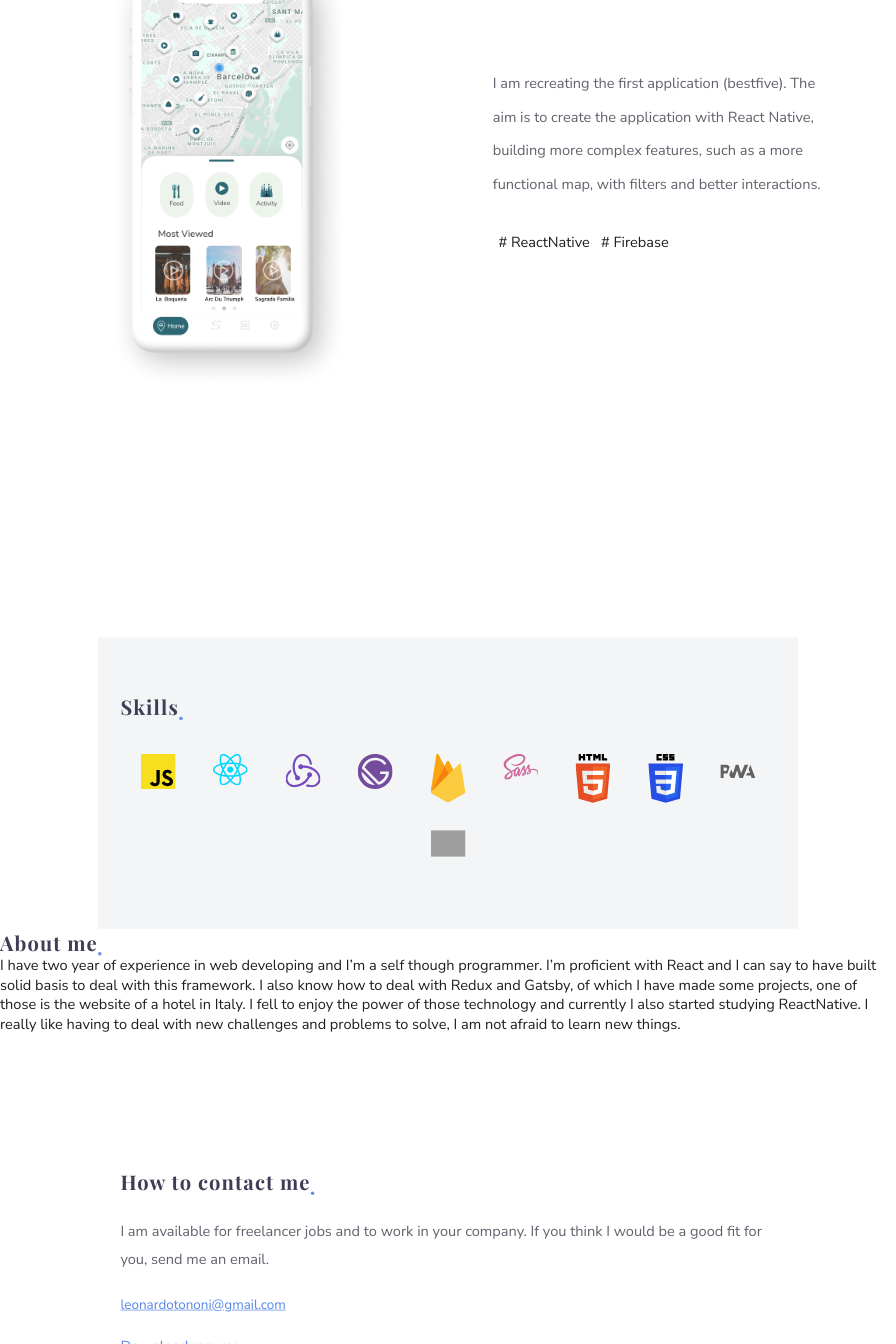
Repository: Easaaa/Portfolio-2020
Page: index.html
An editor plug-in stored every save of this project. The page is shown before and after the next save, followed by the edit.
The browser window is 1280 px wide. The pictures show the part of the page from y = 4580 to 6500 px (the page is 6810 px tall before and 6838 px after), at 70% of full size.
Pictures or frames that could not be fetched are drawn as grey boxes. The style sheet was rebuilt from its Sass, Less or Tailwind sources for each picture, by a compiler version that may differ from the author's.

Above is the page before, as saved 2020-02-28 16:24:44.

After the next save:
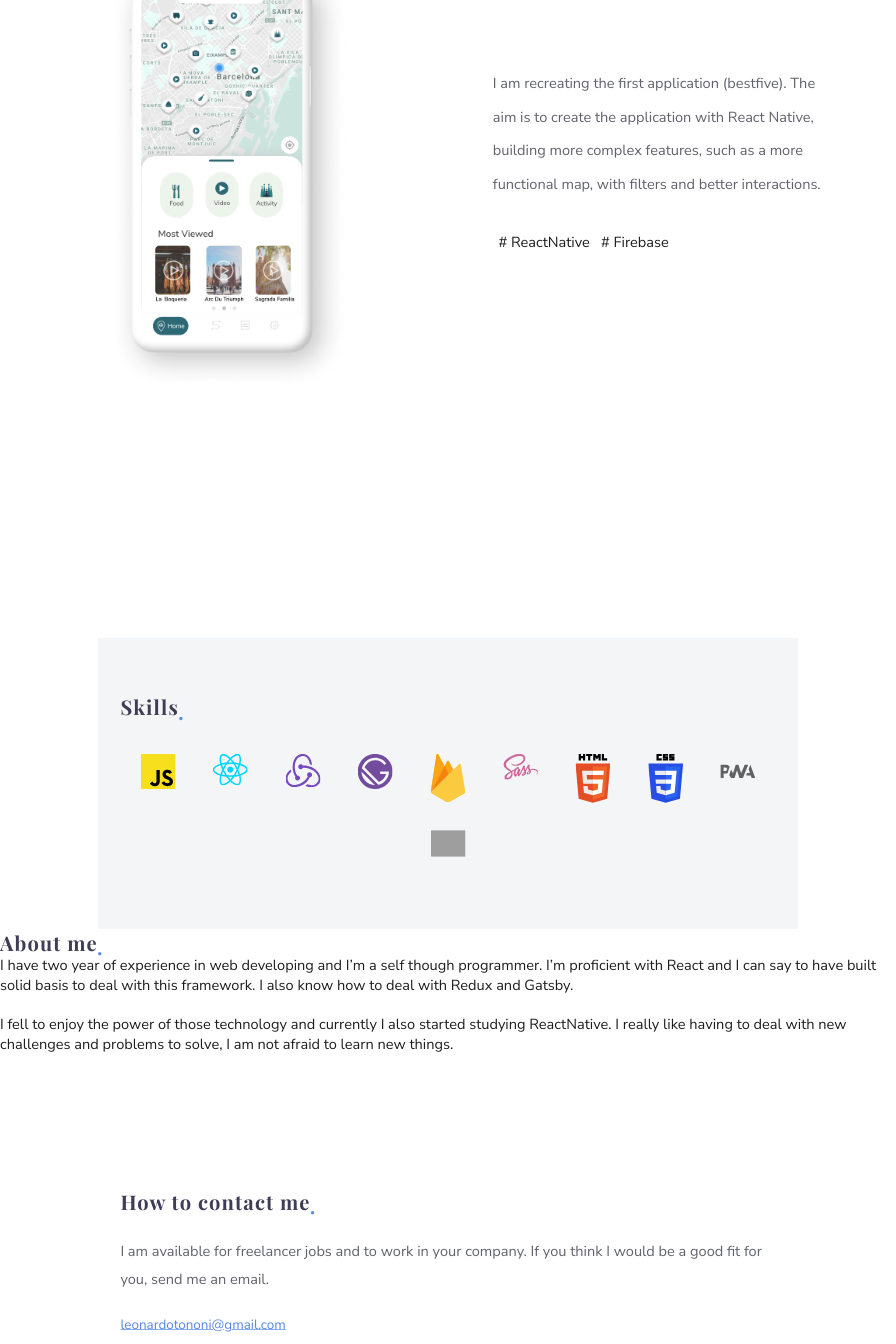
Saved 29 s later.
--- a/index.html
+++ b/index.html
@@ -237,11 +237,10 @@
         I have two year of experience in web developing and I’m a self though
         programmer. I’m proficient with React and I can say to have built solid
         basis to deal with this framework. I also know how to deal with Redux
-        and Gatsby, of which I have made some projects, one of those is the
-        website of a hotel in Italy. I fell to enjoy the power of those
-        technology and currently I also started studying ReactNative. I really
-        like having to deal with new challenges and problems to solve, I am not
-        afraid to learn new things.
+        and Gatsby. <br /><br />
+        I fell to enjoy the power of those technology and currently I also
+        started studying ReactNative. I really like having to deal with new
+        challenges and problems to solve, I am not afraid to learn new things.
       </p>
     </section>
     <footer>
